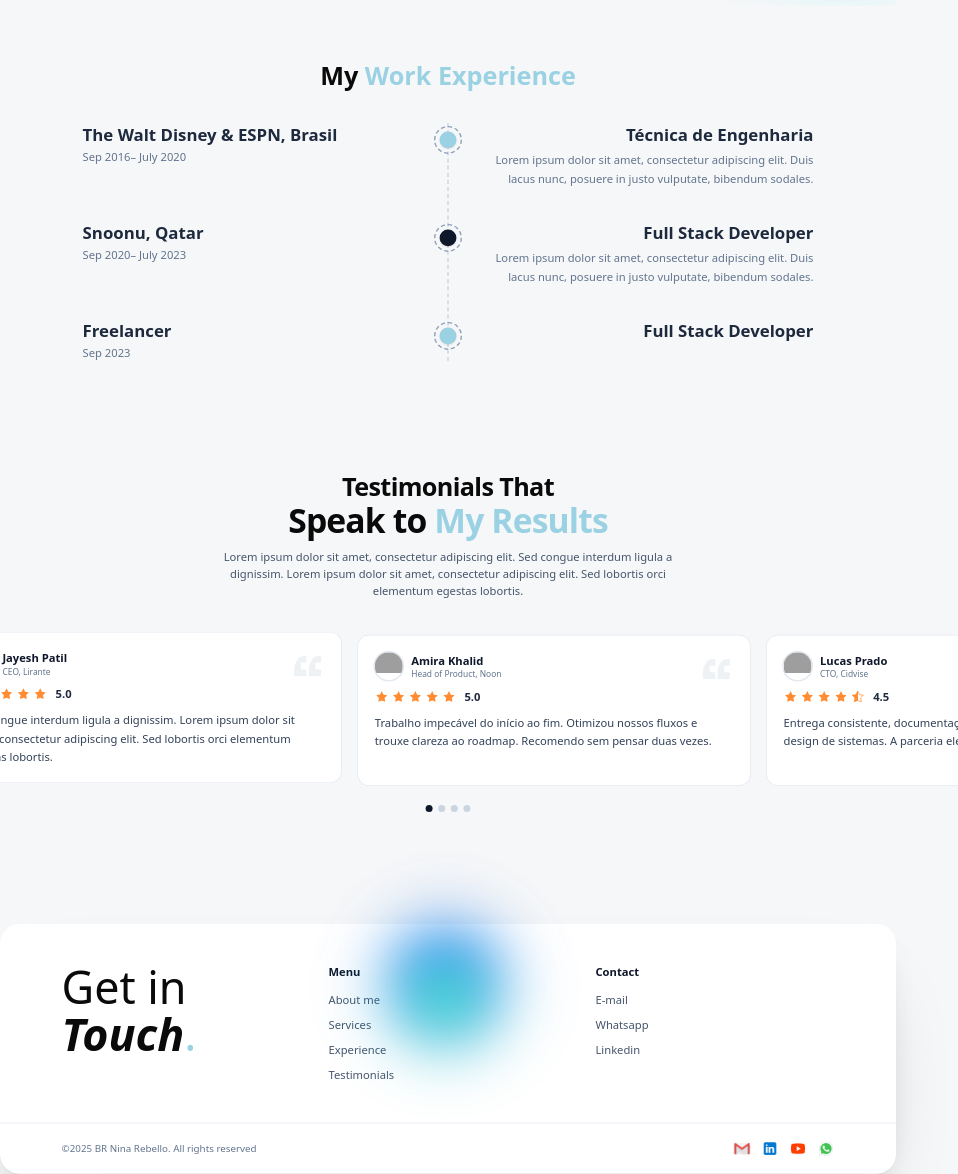
Repository: nina-rebello/portfolio
Page: /
The author's editor kept a copy of each file at every save. The page is drawn from the files as they stood at one save, then again after a run of saves.
The browser window is 1280 px wide. The page is 1368 px wide, so the pictures cover 1368 px, including what lies to the right of the window. The pictures show the part of the page from y = 2097 to 3857 px (the page is 3774 px tall before and 3857 px after), at 70% of full size.
Pictures or frames that could not be fetched are drawn as grey boxes. The project was rebuilt for these pictures with package versions that can differ from the ones it lists, and the page was loaded fresh each time. Some packages were replaced by stand-ins written for this rebuild. The framework's server and built-in components were replaced by stand-ins that run in the browser. Also part of the build but not shown: next.config.ts.

Above is the page before, as saved 2025-09-11 19:26:06.

After the next 4 saves:
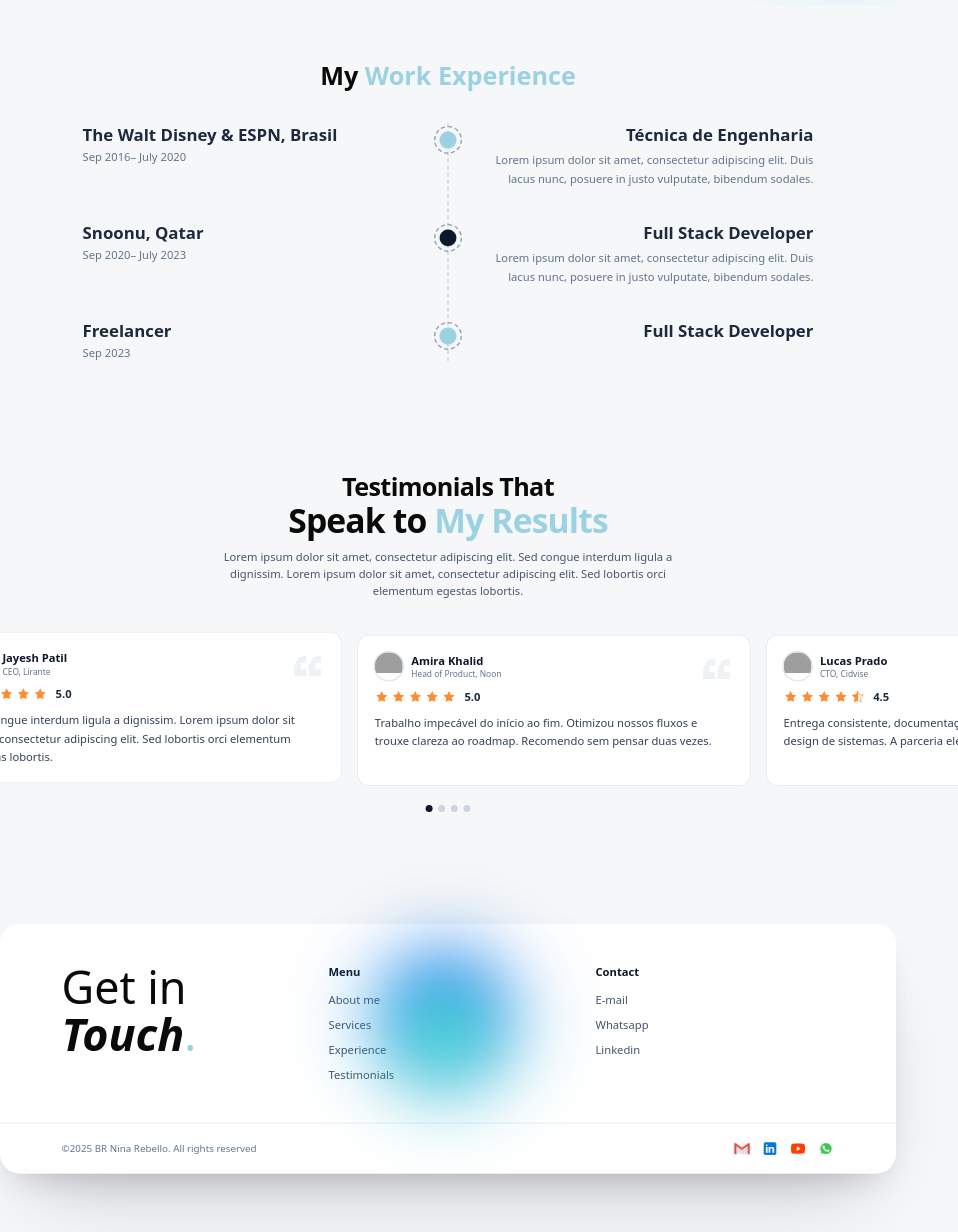
The 4 saves are shown as one change because they came seconds apart.
The last was saved 12 s later.
--- a/components/footer/Footer.tsx
+++ b/components/footer/Footer.tsx
@@ -6,7 +6,7 @@ export default function Footer() {
   return (
     <footer className="relative mt-20">
     {/* Gradiente central acima */}
-    <div className="pointer-events-none absolute inset-x-0 z-0  -top-40 left-1/2 -translate-x-1/2  w-[500px] h-[500px]">
+    <div className="pointer-events-none absolute inset-x-0 z-0  -top-40 left-1/2 -translate-x-1/2  w-[600px] h-[600px]">
         <img
         src="/gradients/blur-gradient.png"
         alt=""
